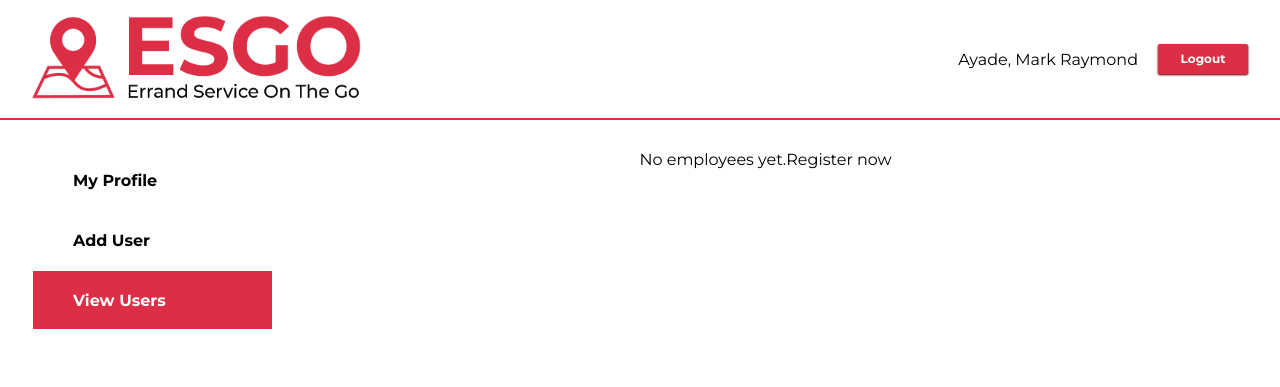
Repository: azkalonz/Int-Prog-2
Page: http://localhost/Int_Prog_2/employee?page=view
The author's editor kept a copy of each file at every save. The page is drawn from the files as they stood at one save, then again after the next save.
The browser window is 1280 px wide. The pictures show the whole page.
The page is served by Tomcat 9. Other server files are loaded and not shown. Queries for data that is not in the repository find no rows.

Above is the page before, as saved 2021-03-30 06:38:33.

### Int Prog 2/WebContent/WEB-INF/views/employees.jsp
<%@taglib prefix="c" uri="http://java.sun.com/jsp/jstl/core"%>

<jsp:include page="/WEB-INF/layout/header.jsp" />
<main>
        <div class="container">
            <jsp:include page="/WEB-INF/layout/nav.jsp" />

            <div class="content">
	            <c:if test="${empty employees}">
				    No employees yet.<br/><br/> <a class="button-link" href="<%=request.getContextPath() %>/register">Register now</a>
				</c:if>

	            <c:if test="${not empty employees}">
	                <table>
	                    <thead>
	                        <th>User Id</th>
	                        <th>Name</th>
	                        <th>Email</th>
	                        <th>Username</th>
	                        <th>Actions</th>
	                    </thead>
	                    <tbody>
	                        <c:forEach items="${employees}" var="employee">
							    <tr>
							        <td>${employee.employeeID}</td>
							        <td>${employee.firstname} ${employee.lastname}</td>
							        <td>${employee.email}</td>
							        <td>${employee.username}</td>
							        <td>
							        	<a class="button-link" href="?id=${employee.employeeID}">
							        		<div class="button-action orange">Edit</div>
							        	</a>
							        	<a class="button-link" href="<%=request.getContextPath() %>/delete?id=${employee.employeeID}">
							        		<div class="button-action red">
							        			Delete
							        		</div>
							        	</a>
							        </td>
							    </tr>
							</c:forEach>
	                    </tbody>
	                </table>
                </c:if>
            </div>
        </div>
    </main>

<jsp:include page="/WEB-INF/layout/footer.jsp" />

### Int Prog 2/WebContent/WEB-INF/layout/header.jsp
<%@ page language="java" contentType="text/html; charset=ISO-8859-1"
	pageEncoding="ISO-8859-1"%>
<!DOCTYPE html>
<html>
<head>
<meta charset="ISO-8859-1">
<title>Employee</title>
<link rel="stylesheet" href="<%=request.getContextPath()%>/css/style.css"/>
</head>
<body>
	<header>
	        <div class="container">
	            <div class="logo-con">
	                <img src="<%=request.getContextPath()%>/assets/logo/horizontal.png">
	            </div>
	            <div class="account-con">
	                <span>Ayade, Mark Raymond</span>
	                <a href="./login.html">
	                    <div class="button">Logout</div>
	                </a>
	            </div>
	        </div>
	    </header>

### Int Prog 2/WebContent/WEB-INF/layout/nav.jsp
<%@ taglib uri = "http://java.sun.com/jsp/jstl/core" prefix = "c" %>

<c:set var = "page" value = "<%= request.getParameter(\"page\") %>"/>

<div class="nav">
    <a href="<%=request.getContextPath()%>?page=home">
        <div class="links<c:if test="${page=='home'}"> active</c:if>">My Profile</div>
    </a>
    <a href="<%=request.getContextPath()%>/register?page=register">
        <div class="links<c:if test="${page=='register'}"> active</c:if>">Add User</div>
    </a>
    <a href="<%=request.getContextPath()%>/employee?page=view">
        <div class="links<c:if test="${page=='view'}"> active</c:if>">View Users</div>
    </a>
</div>

### Int Prog 2/src/com/intprog/controller/EmployeeServlet.java
package com.intprog.controller;

import java.io.IOException;
import java.util.ArrayList;

import javax.servlet.ServletException;
import javax.servlet.annotation.WebServlet;
import javax.servlet.http.HttpServlet;
import javax.servlet.http.HttpServletRequest;
import javax.servlet.http.HttpServletResponse;

import com.intprog.dao.EmployeeDAO;
import com.intprog.model.Employee;

/**
 * Servlet implementation class EmployeeServlet
 */
@WebServlet("/employee")
public class EmployeeServlet extends HttpServlet {
	private static final long serialVersionUID = 1L;
	EmployeeDAO employeeDAO = new EmployeeDAO();

    /**
     * @see HttpServlet#HttpServlet()
     */
    public EmployeeServlet() {
        super();
        // TODO Auto-generated constructor stub
    }

	/**
	 * @see HttpServlet#doGet(HttpServletRequest request, HttpServletResponse response)
	 */
	protected void doGet(HttpServletRequest request, HttpServletResponse response) throws ServletException, IOException  {
		// TODO Auto-generated method stub
		String id = request.getParameter("id");
		ArrayList<Employee> employees = new ArrayList<Employee>();
		Employee emp = new Employee();
		try {
			emp = employeeDAO.selectEmployee(Integer.parseInt(id));
			if(emp.employeeID>0) {
				getServletContext().setAttribute("employee", emp);
				getServletContext().setAttribute("page", "view");
				getServletContext().getRequestDispatcher("/WEB-INF/views/employee.jsp").forward(request, response);
			} else {
				response.sendRedirect(request.getContextPath()+"/employee");
			}
		} catch(Exception e) {

		}
		try {
			employees = employeeDAO.allEmployee();
			getServletContext().setAttribute("employees", employees);
			getServletContext().getRequestDispatcher("/WEB-INF/views/employees.jsp").forward(request, response);
		}catch(Exception e) {
		}
	}

	/**
	 * @see HttpServlet#doPost(HttpServletRequest request, HttpServletResponse response)
	 */
	protected void doPost(HttpServletRequest request, HttpServletResponse response) throws ServletException, IOException {
		// TODO Auto-generated method stub
		doGet(request, response);
	}

}

### Int Prog 2/src/com/intprog/model/Employee.java
package com.intprog.model;

public class Employee {
	private String firstname,lastname,email,username,password,mi;
	public int employeeID;

	public int getEmployeeID() {
		return employeeID;
	}

	public void setEmployeeID(int employeeID) {
		this.employeeID = employeeID;
	}

	public String getFirstname() {
		return firstname;
	}

	public void setFirstname(String firstname) {
		this.firstname = firstname;
	}

	public String getLastname() {
		return lastname;
	}

	public void setLastname(String lastname) {
		this.lastname = lastname;
	}

	public String getEmail() {
		return email;
	}

	public void setEmail(String email) {
		this.email = email;
	}

	public String getUsername() {
		return username;
	}

	public void setUsername(String username) {
		this.username = username;
	}

	public String getPassword() {
		return password;
	}

	public void setPassword(String password) {
		this.password = password;
	}

	public String getMi() {
		return mi;
	}

	public void setMi(String mi) {
		this.mi = mi;
	}



}

### Int Prog 2/WebContent/css/style.css
@import url("https://fonts.googleapis.com/css2?family=Montserrat:ital,wght@0,100;0,200;0,300;0,400;0,500;0,600;0,700;1,100;1,200;1,300;1,400;1,500;1,600&display=swap");

* {
  margin: 0;
  padding: 0;
  box-sizing: border-box;
}

a:link {
	text-decoration: none;
	color: #000;
}

body {
  font-family: "Montserrat";
  font-size: 100%;
}

header {
  display: flex;
  justify-content: center;
  width: 100%;
  height: 120px;
  position: relative;
  border-bottom: 2px solid rgb(220, 46, 69);
}

header .container {
  display: flex;
  justify-content: space-between;
  width: 95%;
  max-width: 1300px;
}

header .container .logo-con {
  padding-top: 5px;
}

header .container .logo-con img {
  height: 100px;
}

header .container .account-con {
  display: flex;
  align-items: center;
}

header .account-con .button {
  width: 90px;
  height: 30px;
  margin-left: 20px;
  border: none;
  background: rgb(220, 46, 69);
  box-shadow: 0 1px 2px 0 rgba(122, 7, 22, 0.783),
    0 1px 2px 0 rgba(122, 7, 22, 0.783);
  cursor: pointer;
  color: white;
  font-family: "Montserrat";
  font-weight: bold;
  font-size: 12px;
  border-radius: 2px;
  line-height: 30px;
  text-align: center;
}

header .account-con .button:hover {
  background: rgb(187, 32, 53);
}

.login-container {
  background: rgb(220, 46, 69);
  display: flex;
  align-items: center;
  justify-content: center;
  height: 100vh;
  font-family: "Montserrat";
  color: rgb(22, 22, 22);
}

.login-container > .container {
  position: relative;
  background: white;
  width: 85%;
  max-width: 1024px;
  border-radius: 10px;
  display: flex;
  box-shadow: 0 2px 4px 0 rgb(80, 12, 21), 0 6px 10px 0 rgb(80, 12, 21);
  padding: 60px 5px;
}

.login-container > .container .logo-container {
  display: flex;
  justify-content: center;
  align-items: center;
  flex-direction: column;
  flex: 3;
}

.logo-container img {
  width: 200px;
  padding-bottom: 35px;
}

.logo-container span {
  color: rgb(220, 46, 69);
  font-weight: bold;
  font-size: 40px;
}

.container .form-container {
  display: flex;
  justify-content: center;
  align-items: center;
  height: 100%;
  flex: 2;
}

.form-container h1 {
  margin-bottom: 20px;
}

.form-container .input-con {
  margin-bottom: 20px;
}

.form-container .input-con input {
  height: 45px;
  width: 300px;
  font-family: "Montserrat";
  padding: 5px 10px;
  border-radius: 5px;
  border: 1px solid rgb(233, 129, 143);
}

.form-container button {
  width: 150px;
  height: 50px;
  background: rgb(220, 46, 69);
  border: none;
  color: white;
  font-size: 16px;
  cursor: pointer;
  border-radius: 4px;
  box-shadow: 0 1px 2px 0 rgba(122, 7, 22, 0.783),
    0 1px 2px 0 rgba(122, 7, 22, 0.783);
  margin-top: 10px;
  font-weight: bold;
  font-family: "Montserrat";
}

.form-container button:hover {
  background: rgb(187, 32, 53);
}

main {
  width: 100%;
  display: flex;
  justify-content: center;
  padding-top: 30px;
}

main .container {
  width: 95%;
  max-width: 1300px;
  display: flex;
  justify-content: center;
}

main .container .nav {
  flex: 2;
  margin-right: 10px;
}

main .container .nav .links {
  padding-left: 40px;
  height: 60px;
  line-height: 60px;
  font-weight: bold;
  border: 1px solid white;
}

.active {
  background: rgb(220, 46, 69);
  color: white;
}

main .container .nav .links:hover {
  background: rgb(220, 46, 69);
  color: white;
  transition: 0.4s;
}

main .container .content {
  flex: 8;
  display: flex;
  justify-content: center;
}

main .container .content .infos {
  display: flex;
  flex-direction: column;
  padding-bottom: 15px;
}

main .container .content .infos span {
  padding-bottom: 5px;
  font-weight: bold;
}

main .container .content .infos input {
  width: 600px;
  height: 40px;
  border-radius: 2px;
  border: 1px solid rgb(233, 129, 143);
  padding: 0 10px;
}

main .container .content .button {
  width: 400px;
  height: 70px;
  background: rgb(220, 46, 69);
  border: none;
  margin-top: 30px;
  color: white;
  font-weight: bold;
  font-size: 15px;
  cursor: pointer;
  border-radius: 3px;
}

main .container .content .button:hover {
  background: rgb(187, 32, 53);
}

main .container .content .infos {
  display: flex;
  flex-direction: column;
  padding-bottom: 15px;
}

main .container .content .infos span {
  padding-bottom: 5px;
  font-weight: bold;
}

main .container .content .infos input {
  width: 600px;
  height: 40px;
  border-radius: 2px;
  border: 1px solid rgb(233, 129, 143);
  padding: 0 10px;
}

main .container .content .button {
  width: 400px;
  height: 70px;
  background: rgb(220, 46, 69);
  border: none;
  margin-top: 30px;
  color: white;
  font-weight: bold;
  font-size: 15px;
  cursor: pointer;
  border-radius: 3px;
}

main .container .content .button:hover {
  background: rgb(187, 32, 53);
}

main .container .content {
  max-height: 800px;
  overflow-y: scroll;
}

main .container .content table {
  width: 100%;
  margin: 0 15px;
  text-align: center;
  border-spacing: 0;
}

main .container .content table thead {
  background: rgb(220, 46, 69);
}

main .container .content table thead th {
  height: 60px;
  column-gap: 0;
  color: white;
}

main .container .content table tbody tr {
  height: 50px;
  background: rgba(247, 244, 244, 0.375);
}

main .container .content table tbody tr td:last-child {
  display: flex;
  justify-content: center;
  padding: 10px 0;
}

main .container .content table tbody .button-action {
  width: 80px;
  height: 30px;
  text-align: center;
  line-height: 30px;
  margin: 0 5px;
  font-size: 12px;
  color: white;
  border-radius: 3px;
  cursor: pointer;
}

.orange {
  background: coral;
  box-shadow: 0px 0px 2px -1px rgba(230, 63, 2, 0.443);
}

.red {
  background: crimson;
  box-shadow: 0px 0px 2px -1px rgba(199, 2, 41, 0.653);
}

.orange:hover {
  background: rgb(248, 95, 39);
}

.red:hover {
  background: rgb(194, 4, 42);
}

Loaded but not shown: Int Prog 2/WebContent/WEB-INF/layout/footer.jsp (common file)

After the next save:
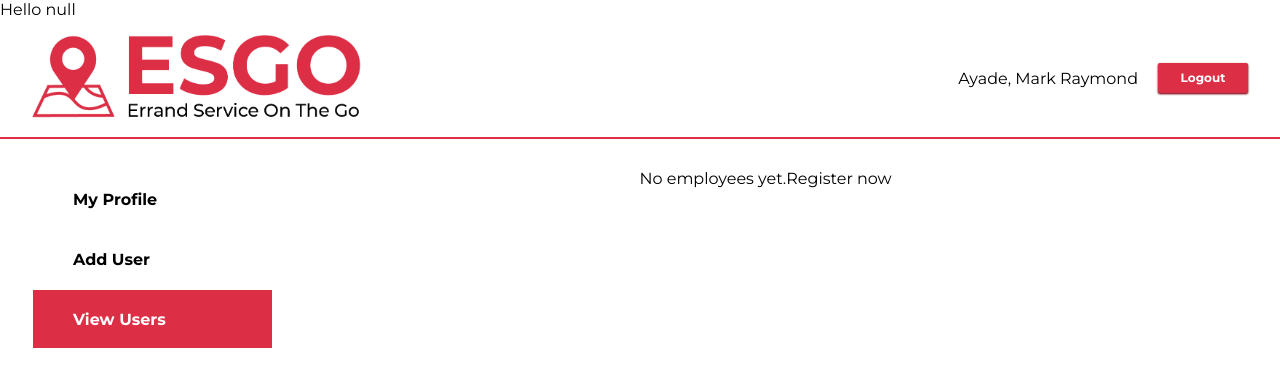
Saved 47 s later.
--- a/Int Prog 2/WebContent/WEB-INF/views/employees.jsp
+++ b/Int Prog 2/WebContent/WEB-INF/views/employees.jsp
@@ -1,4 +1,11 @@
 <%@taglib prefix="c" uri="http://java.sun.com/jsp/jstl/core"%>
+
+<%
+
+String name=(String)session.getAttribute("user");
+out.print("Hello "+name);
+
+%>
 
 <jsp:include page="/WEB-INF/layout/header.jsp" />
 <main>
